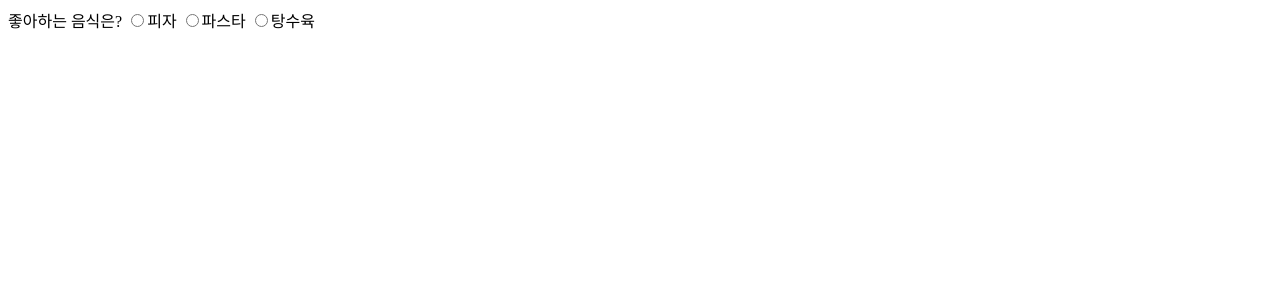
Repository: BartsimisraB/JavaPractice_
Page: http://localhost/Webpractice4/Food2.jsp
These files come from the project's save history. The page is drawn as it stood at one moment and after the next save; the edit follows.
The browser window is 1280 px wide. The pictures show the whole page.
The page is served by Tomcat 9.

Above is the page before, as saved 2023-01-11 05:59:12.

### Webpractice4/src/main/webapp/Food2.jsp
<%@ page language="java" contentType="text/html; charset=UTF-8"
    pageEncoding="UTF-8"%>
<!DOCTYPE html>
<html>
<head>
<meta charset="UTF-8">
<title>Insert title here</title>
</head>
<body>
<%
	request.setCharacterEncoding("UTF-8");
	String id = request.getParameter("id");
	String pw = request.getParameter("pw");

%>
	<label for = "food">좋아하는 음식은?</label>
	<input type = "radio" name = "food">피자
	<input type = "radio" name = "food">파스타
	<input type = "radio" name = "food">탕수육

</body>
</html>

After the next save:
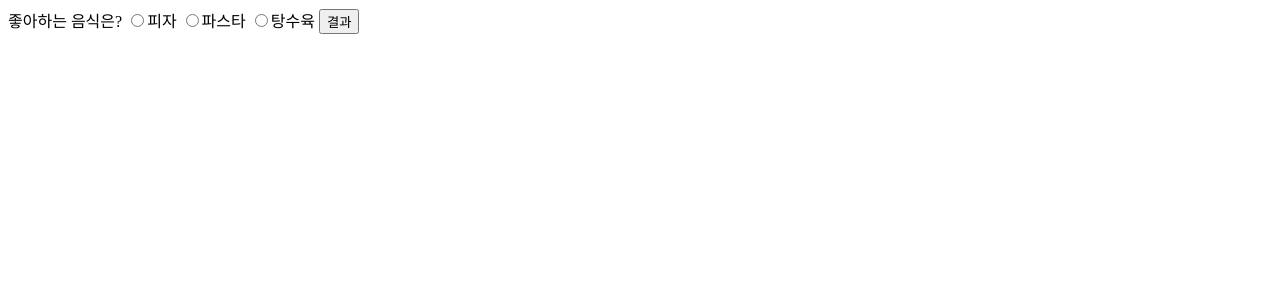
Saved 40 s later.
--- a/Webpractice4/src/main/webapp/Food2.jsp
+++ b/Webpractice4/src/main/webapp/Food2.jsp
@@ -13,10 +13,13 @@
 	String pw = request.getParameter("pw");
 
 %>
+<form action = "Food3.jsp">
 	<label for = "food">좋아하는 음식은?</label>
 	<input type = "radio" name = "food">피자
 	<input type = "radio" name = "food">파스타
 	<input type = "radio" name = "food">탕수육
 
+	<input type = "submit" value = "결과"	>
+</form>
 </body>
 </html>
